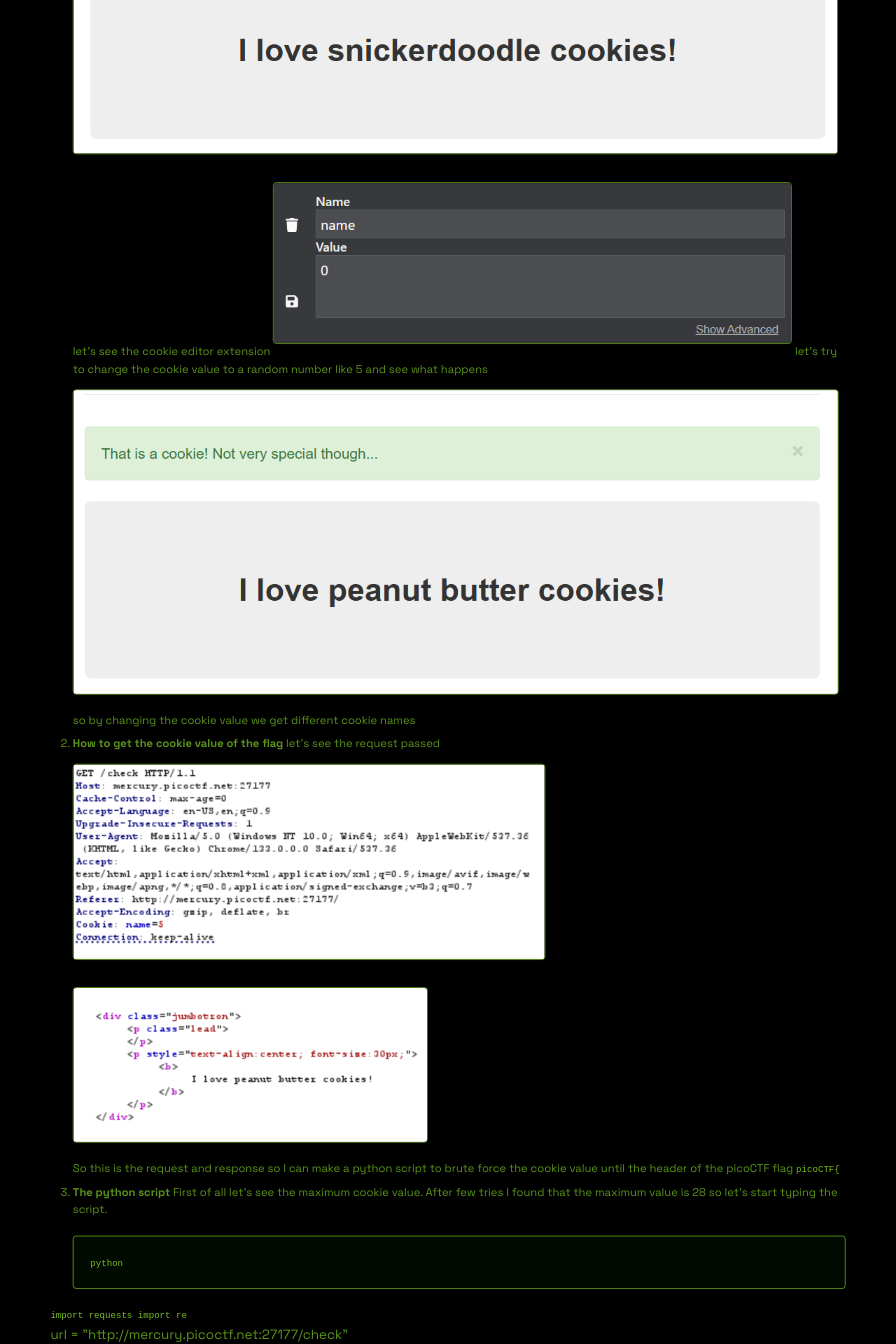
Repository: mohamedsoliman-tq/Website
Page: blogs/picoCTF/Cookies.html
These files come from the project's save history. The page is drawn as it stood at one moment and after a run of saves; the edit follows.
The browser window is 1280 px wide. The pictures show the part of the page from y = 1936 to 3856 px (the page is 5059 px tall before and 5085 px after), at 70% of full size.

Above is the page before, as saved 2025-03-14 02:58:30.

After the next 2 saves:
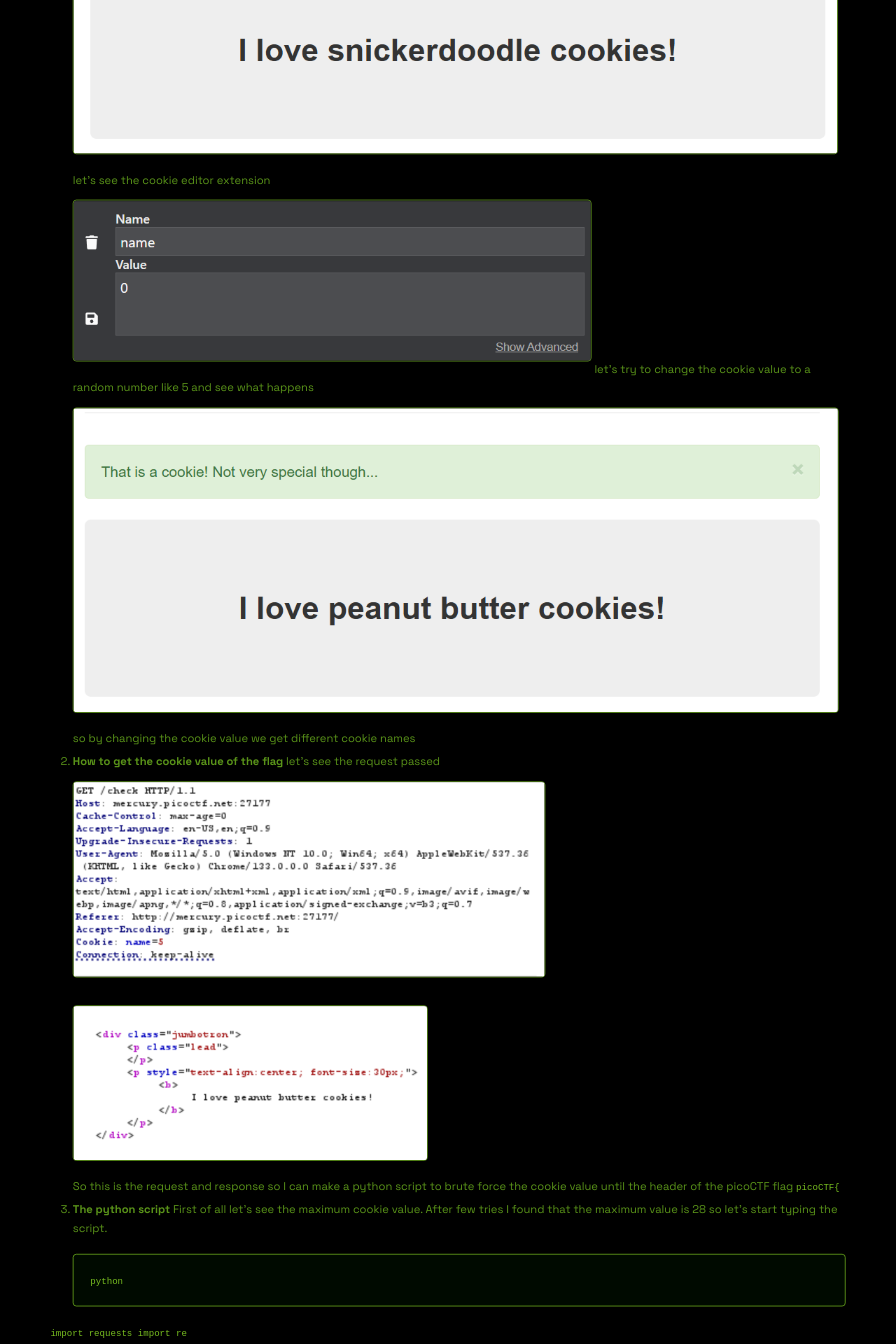
The 2 saves are shown as one change because they came seconds apart.
The last was saved 66 s later.
--- a/blogs/picoCTF/Cookies.html
+++ b/blogs/picoCTF/Cookies.html
@@ -46,7 +46,7 @@
 
 
 <ol>
-  <li><strong>Inspecting the page</strong>   if search with the placeholder <code>snickerdoodle</code> we get this response <br><img src="pics/Pasted image 20250313080345.png" alt="Pasted image 20250313080345.png"><br> let's see the cookie editor extension <img src="pics/Pasted image 20250313080434.png" alt="Pasted image 20250313080434.png"> let's try to change the cookie value to a random number like 5 and see what happens <img src="pics/Pasted image 20250313080547.png" alt="Pasted image 20250313080547.png"> so by changing the cookie value we get different cookie names    </li>
+  <li><strong>Inspecting the page</strong>   if search with the placeholder <code>snickerdoodle</code> we get this response <br><img src="pics/Pasted image 20250313080345.png" alt="Pasted image 20250313080345.png"><br> let's see the cookie editor extension <br><img src="pics/Pasted image 20250313080434.png" alt="Pasted image 20250313080434.png"> let's try to change the cookie value to a random number like 5 and see what happens <img src="pics/Pasted image 20250313080547.png" alt="Pasted image 20250313080547.png"> so by changing the cookie value we get different cookie names    </li>
   <li><strong>How to get the cookie value of the flag</strong>   let's see the request passed  <br><img src="pics/Pasted image 20250313080826.png" alt="Pasted image 20250313080826.png"><br> <img src="pics/Pasted image 20250313080943.png" alt="Pasted image 20250313080943.png"><br> So this is the request and response so I can make a python script to brute force the cookie value until the header of the picoCTF flag <code>picoCTF{</code> </li>
   <li><strong>The python script</strong>   First of all let's see the maximum cookie value. After few tries I found that the maximum value is 28 so let's start typing the script. <pre><code>python
 </li>
